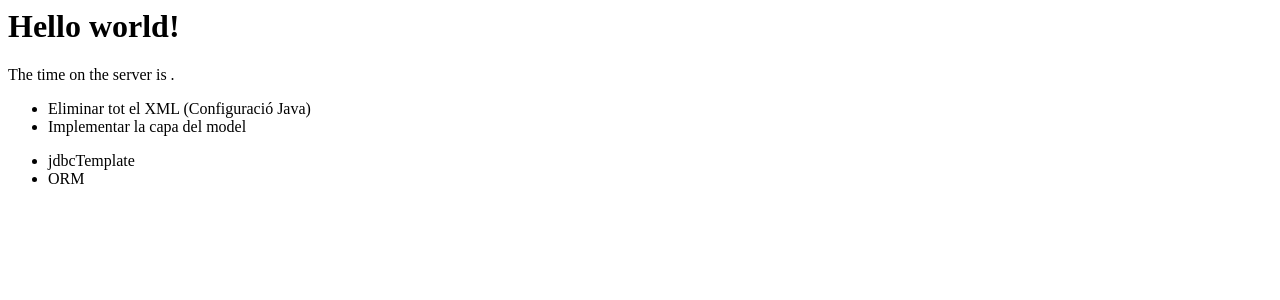
Repository: SirXploSiv/SpringRest_GarciaJoel
Page: http://localhost/SpringRestDemo1/WEB-INF/views/home.jsp
An editor plug-in stored every save of this project. The page is shown before and after the next save, followed by the edit.
The browser window is 1280 px wide. The pictures show the whole page.
The page is served by Tomcat 9. Nobody is signed in. The template is opened directly, without the code that normally fills it, so the values that code supplies are empty.

Above is the page before, as saved 2017-03-28 17:44:19.

After the next save:
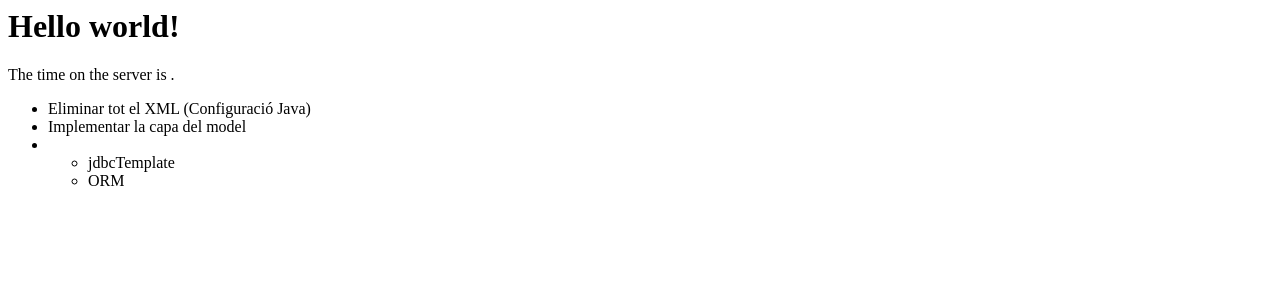
Saved 23 s later.
--- a/SpringRestDemo1/src/main/webapp/WEB-INF/views/home.jsp
+++ b/SpringRestDemo1/src/main/webapp/WEB-INF/views/home.jsp
@@ -12,10 +12,12 @@
 <ul>
 	<li>Eliminar tot el XML (Configuració Java)</li>
 	<li>Implementar la capa del model</li>
-</ul>
-<ul>
-	<li>jdbcTemplate</li>
-	<li>ORM</li>
+	<li>
+		<ul>
+			<li>jdbcTemplate</li>
+			<li>ORM</li>
+		</ul>
+	</li>
 </ul>
 </body>
 </html>
